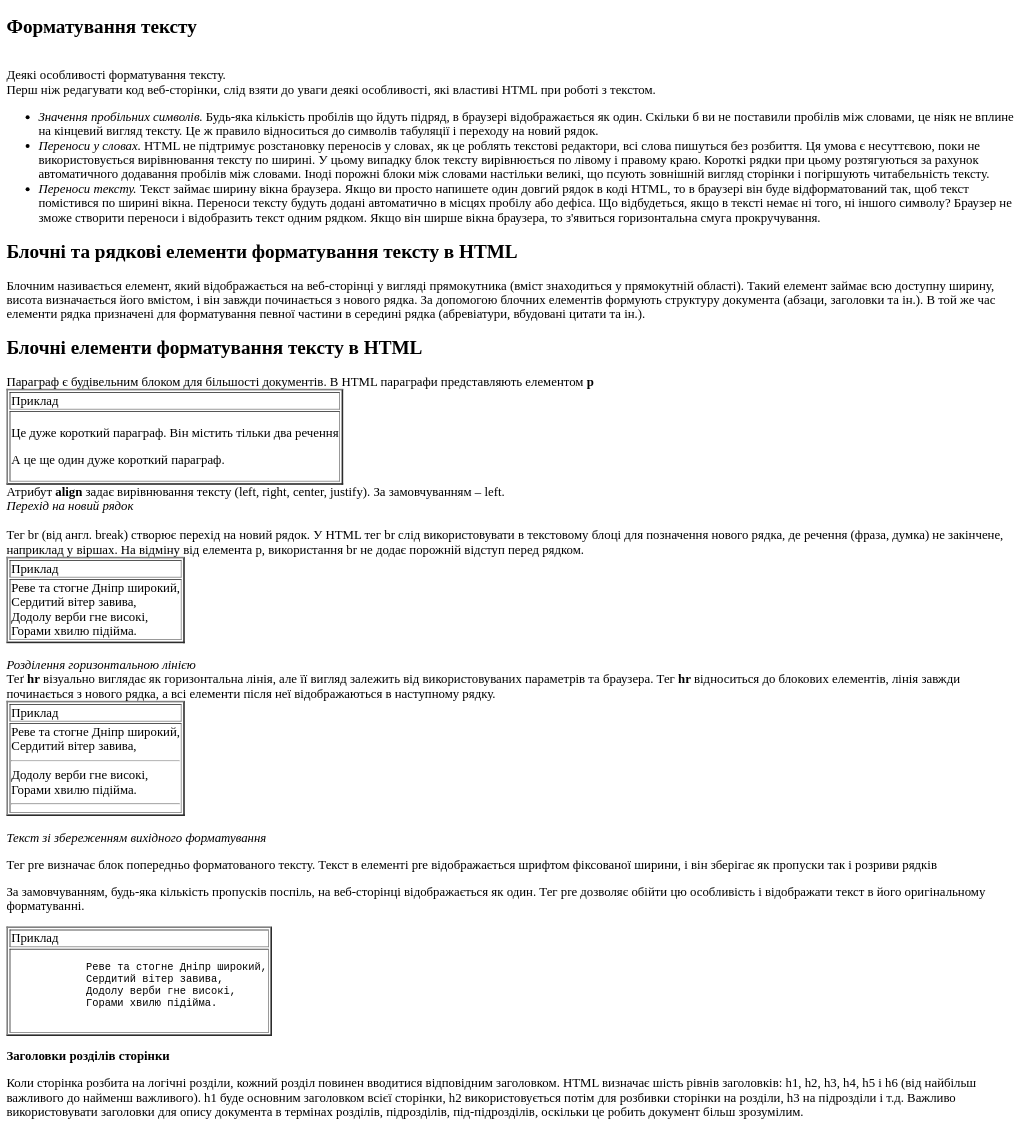
Repository: KseniaMakara/Web
Page: Web/directory.html
An editor plug-in stored every save of this project. The page is shown before and after the next save, followed by the edit.
The browser window is 1280 px wide. The pictures show the whole page, at 80% of full size.

Above is the page before, as saved 2021-02-15 17:00:41.

### Web/directory.html

    <!doctype HTML>
    <html>
        <head>
           <title>First HTML</title>
        </head>
    <body>
        <h2>Форматування тексту </h2>
        <br>Деякі особливості форматування тексту.</br>
        Перш ніж редагувати код веб-сторінки, слід взяти до уваги деякі
        особливості, які властиві HTML при роботі з текстом.
        <ul>
        <li><dfn>Значення пробільних символів.</dfn> Будь-яка кількість пробілів що йдуть
        підряд, в браузері відображається як один. Скільки б ви не поставили пробілів
        між словами, це ніяк не вплине на кінцевий вигляд тексту. Це ж правило
        відноситься до символів табуляції і переходу на новий рядок.</li>
        <li><dfn>Переноси у словах.</dfn> HTML не підтримує розстановку переносів у
        словах, як це роблять текстові редактори, всі слова пишуться без розбиття. Ця
        умова є несуттєвою, поки не використовується вирівнювання тексту по ширині.
        У цьому випадку блок тексту вирівнюється по лівому і правому краю. Короткі
        рядки при цьому розтягуються за рахунок автоматичного додавання пробілів між
        словами. Іноді порожні блоки між словами настільки великі, що псують
        зовнішній вигляд сторінки і погіршують читабельність тексту.</li>
        <li><dfn>Переноси тексту. </dfn> Текст займає ширину вікна браузера. Якщо ви
        просто напишете один довгий рядок в коді HTML, то в браузері він буде
        відформатований так, щоб текст помістився по ширині вікна. Переноси тексту
        будуть додані автоматично в місцях пробілу або дефіса. Що відбудеться, якщо в
        тексті немає ні того, ні іншого символу? Браузер не зможе створити переноси і
        відобразить текст одним рядком. Якщо він ширше вікна браузера, то з'явиться
        горизонтальна смуга прокручування.</li>
        </ul>
        <h2><strong>Блочні та рядкові елементи форматування тексту в HTML</strong></h2>
        Блочним називається елемент, який відображається на веб-сторінці у вигляді
        прямокутника (вміст знаходиться у прямокутній області). Такий елемент займає
        всю доступну ширину, висота визначається його вмістом, і він завжди
        починається з нового рядка. За допомогою блочних елементів формують
        структуру документа (абзаци, заголовки та ін.). В той же час елементи рядка
        призначені для форматування певної частини в середині рядка (абревіатури,
        вбудовані цитати та ін.).
        <h2>Блочні елементи форматування тексту в HTML</h2>
        Параграф є будівельним блоком для більшості документів. В HTML
        параграфи представляють елементом <strong>p</strong>
        <table border = "2px">
            <tr>
                <td> Приклад </td>

            </tr>
            <tr>
                <td> <p>Це дуже короткий
                    параграф. Він містить тільки
                    два речення </p>
                    <p>А це ще один дуже
                    короткий параграф. </p></td>
            </tr>

        </table>
Атрибут <strong>align</strong> задає вирівнювання тексту (left, right, center,
justify). За замовчуванням – left.
<br><dfn>Перехід на новий рядок</dfn></br>

<br> Тег br (від англ. break) створює перехід на новий рядок. У HTML тег
br слід використовувати в текстовому блоці для позначення нового рядка, де
речення (фраза, думка) не закінчене, наприклад у віршах.
На відміну від елемента p, використання br не додає порожній відступ
перед рядком.
</br>
<table border = "2px">
    <tr>
        <td> Приклад </td>

    </tr>
    <tr>
        <td> Реве та стогне Дніпр широкий, <br/>
            Сердитий вітер завива,<br>
            Додолу верби гне високі,<br>
            Горами хвилю підійма.<br></td>
    </tr>
</table>
<br> <dfn> Розділення горизонтальною лінією</dfn></br>
Теґ <strong>hr</strong> візуально виглядає як горизонтальна лінія, але її вигляд залежить
від використовуваних параметрів та браузера. Тег <strong>hr</strong> відноситься до блокових
елементів, лінія завжди починається з нового рядка, а всі елементи після неї
відображаються в наступному рядку.
<table border = "2px">
    <tr>
        <td> Приклад </td>

    </tr>
    <tr>
        <td> Реве та стогне Дніпр широкий, <br>
            Сердитий вітер завива,<br> <hr>
            Додолу верби гне високі,<br>
            Горами хвилю підійма.<br> <hr></td>
    </tr>
</table>
<br> <dfn>Текст зі збереженням вихідного форматування</dfn></br>
<p>
    Тег pre визначає блок попередньо форматованого тексту. Текст в
        елементі pre відображається шрифтом фіксованої ширини, і він зберігає як
        пропуски так і розриви рядків
</p>
<p>
    За замовчуванням, будь-яка кількість пропусків поспіль, на веб-сторінці
відображається як один. Тег pre дозволяє обійти цю особливість і
відображати текст в його оригінальному форматуванні.
</p>
<table border = "2px">
    <tr>
        <td> Приклад </td>

    </tr>
    <tr>
        <td><pre>
            Реве та стогне Дніпр широкий,
            Сердитий вітер завива,
            Додолу верби гне високі,
            Горами хвилю підійма.
            </pre></td>
    </tr>
</table>
<p><strong>Заголовки розділів сторінки</strong></p>
<p>Коли сторінка розбита на логічні розділи, кожний розділ повинен вводитися
відповідним заголовком. HTML визначає шість рівнів заголовків: h1, h2, h3, h4,
    h5 і h6 (від найбільш важливого до найменш важливого). h1 буде основним
    заголовком всієї сторінки, h2 використовується потім для розбивки сторінки на
    розділи, h3 на підрозділи і т.д. Важливо використовувати заголовки для опису
    документа в термінах розділів, підрозділів, під-підрозділів, оскільки це робить
    документ більш зрозумілим.
    </p>



</body>
    </html>

After the next save:
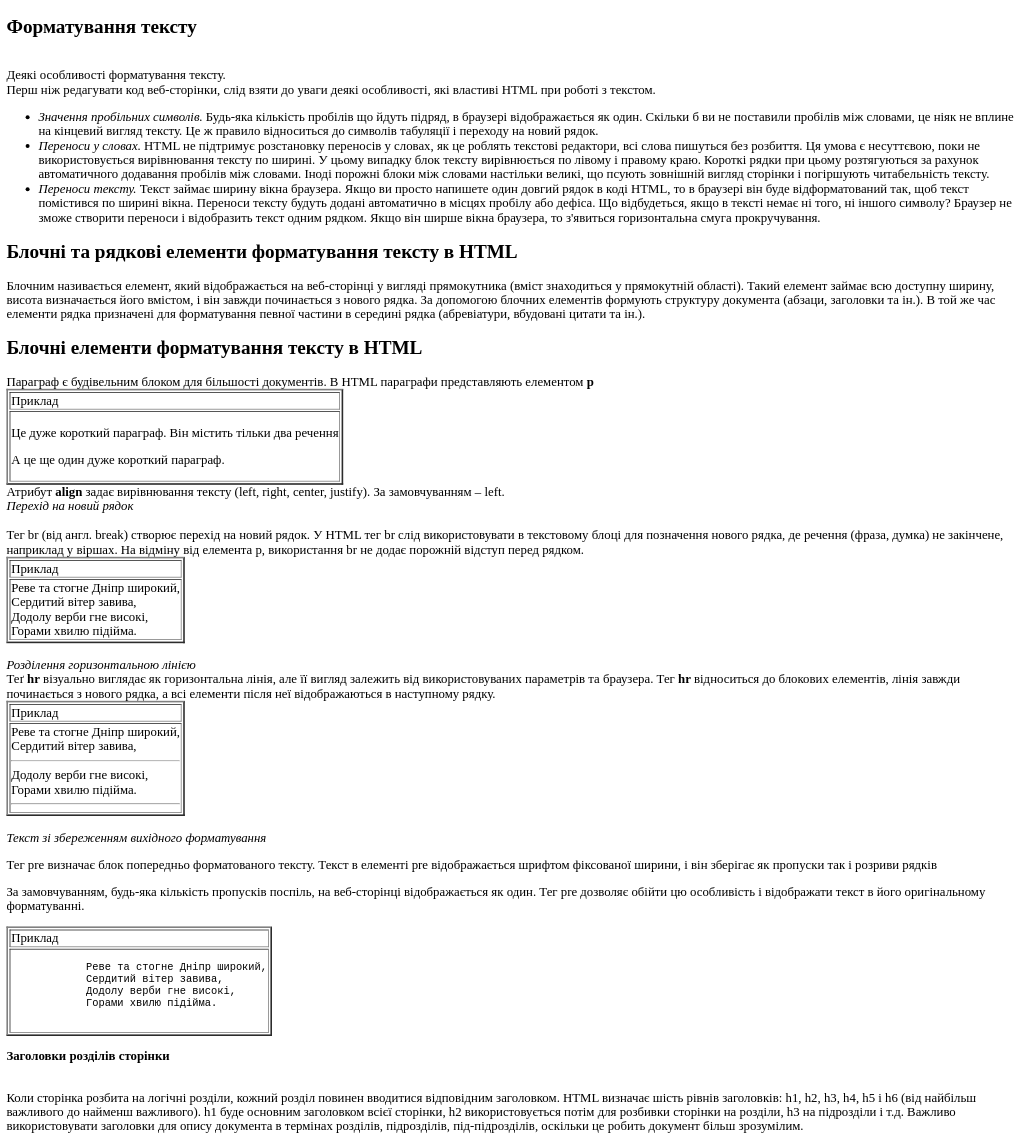
Saved 16 s later.
--- a/Web/directory.html
+++ b/Web/directory.html
@@ -119,14 +119,14 @@ br слід використовувати в текстовому блоці д
     </tr>
 </table>
 <p><strong>Заголовки розділів сторінки</strong></p>
-<p>Коли сторінка розбита на логічні розділи, кожний розділ повинен вводитися
+<br>Коли сторінка розбита на логічні розділи, кожний розділ повинен вводитися
 відповідним заголовком. HTML визначає шість рівнів заголовків: h1, h2, h3, h4,
     h5 і h6 (від найбільш важливого до найменш важливого). h1 буде основним
     заголовком всієї сторінки, h2 використовується потім для розбивки сторінки на
     розділи, h3 на підрозділи і т.д. Важливо використовувати заголовки для опису
     документа в термінах розділів, підрозділів, під-підрозділів, оскільки це робить
     документ більш зрозумілим.
-    </p>
+</br>
 
 
 
